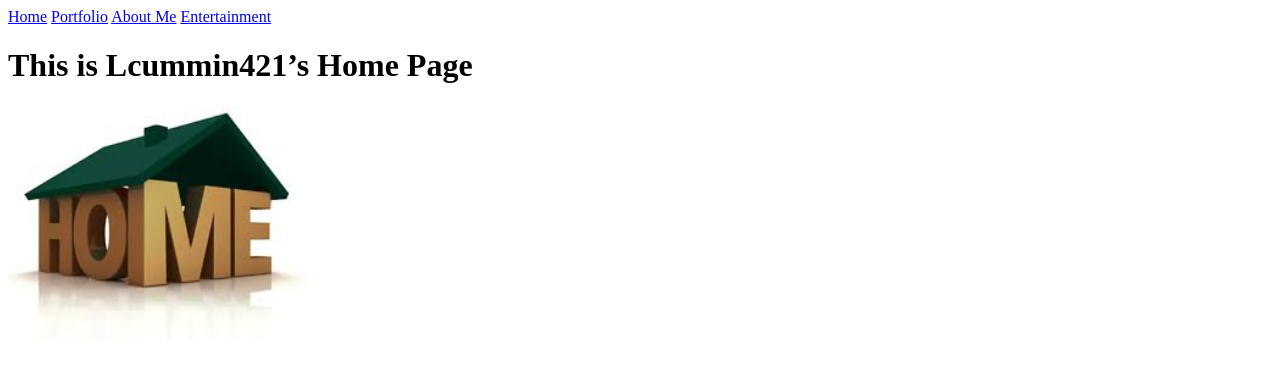
Repository: Lcummin421/Lcummin421.github.io
Page: my_website/entertainment.html
The author's editor kept a record of every edit. The page is drawn from the files as they stood at one moment, then again after the next edit.
The browser window is 1280 px wide. The pictures show the whole page.

Above is the page before.

After the next edit:
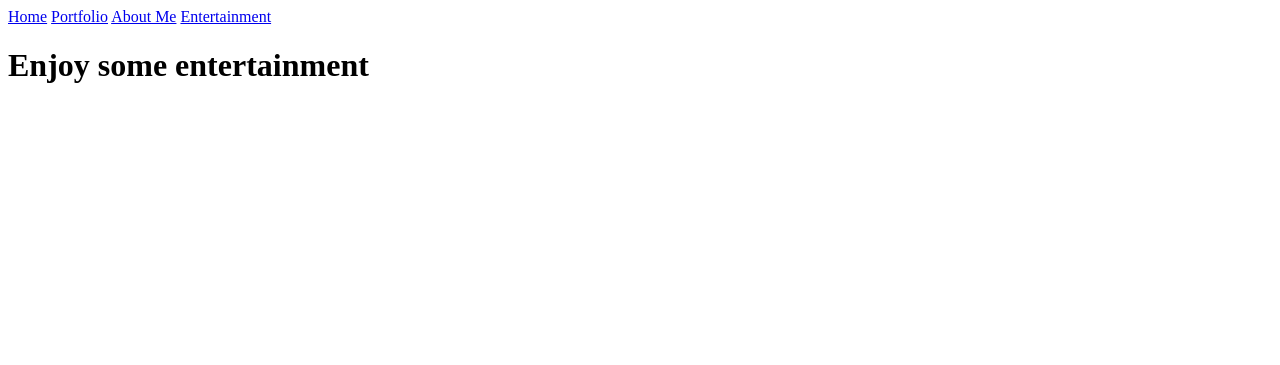
The edit:
--- a/my_website/entertainment.html
+++ b/my_website/entertainment.html
@@ -9,7 +9,7 @@
     <a href="portfolio.html">Portfolio</a>
     <a href="about.html">About Me</a>
     <a href="entertainment.html">Entertainment</a>
-    <h1>This is Lcummin421’s Home Page</h1>
-    <img src="images/home.jpg" height="250">
-  </body>
-</html>
+    <h1>Enjoy some entertainment</h1>
+    <!DOCTYPE html>
+<html>
+<body>
